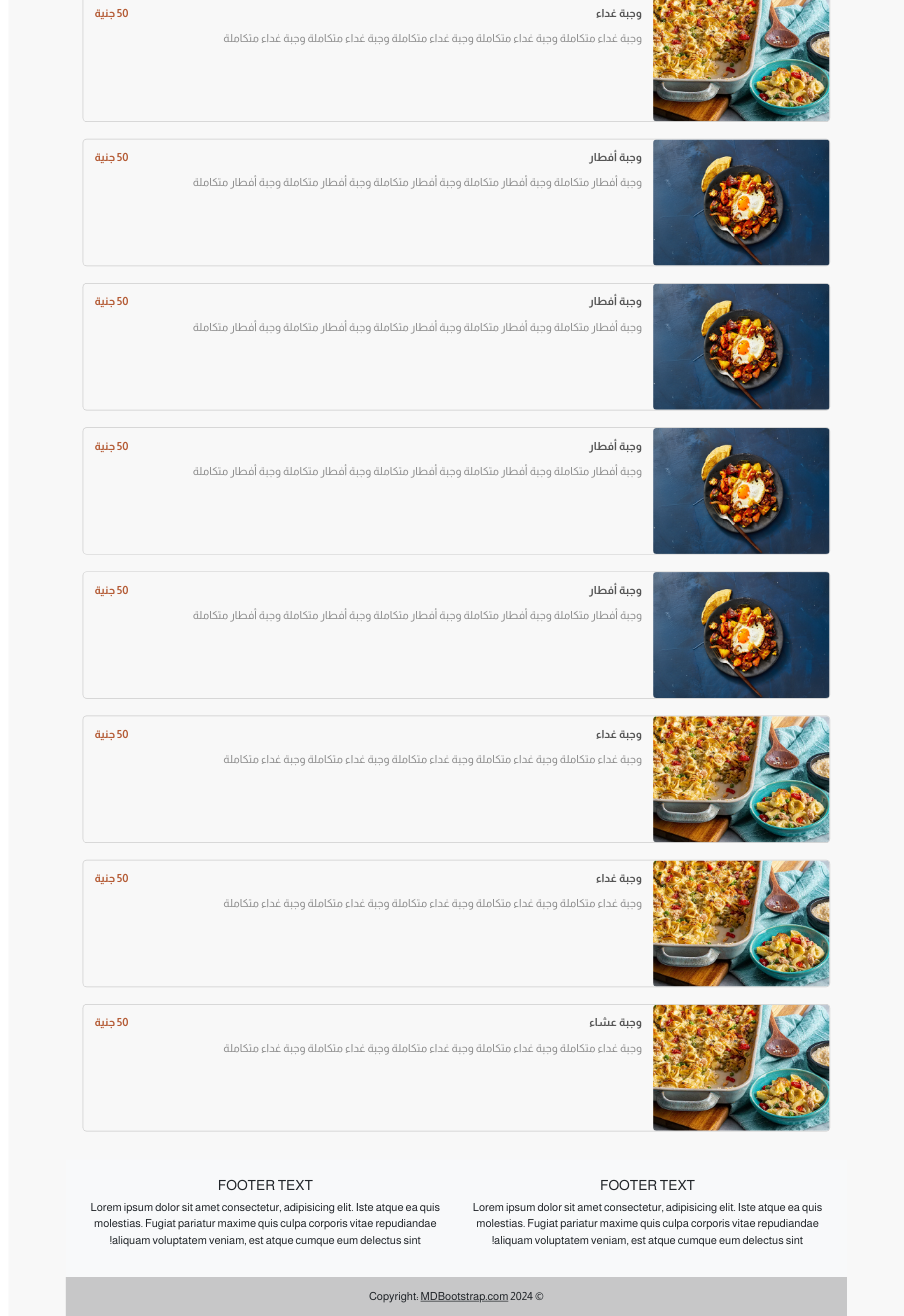
Repository: kerlos-alfy/Restaurant-Menu
Page: /
These files come from the project's save history. The page is drawn as it stood at one moment and after the next save; the edit follows.
The browser window is 1280 px wide. The page is 1292 px wide, so the pictures cover 1292 px, including what lies to the right of the window. The pictures show the part of the page from y = 1316 to 3196 px (the page is 3196 px tall), at 70% of full size.
Some web fonts or font styles are not loaded; a fallback is used. The project was rebuilt for these pictures with package versions that can differ from the ones it lists, and the page was loaded fresh each time. Also part of the build but not shown: vite.config.js, src/App.css.

Above is the page before, as saved 2024-12-27 02:13:49.

### index.html
<!DOCTYPE html>
<html lang="ar" dir="rtl">
	<head>
		<meta charset="UTF-8" />
		<link rel="icon" type="image/svg+xml" href="https://www.svgrepo.com/show/282224/fast-food-hamburguer.svg" />
		<link
			rel="stylesheet"
			href="https://cdn.jsdelivr.net/npm/bootstrap@5.3.2/dist/css/bootstrap.min.css"
			integrity="sha384-T3c6CoIi6uLrA9TneNEoa7RxnatzjcDSCmG1MXxSR1GAsXEV/Dwwykc2MPK8M2HN"
			crossorigin="anonymous" />
		<!-- Start Font Google Arabic  -->
		<link rel="preconnect" href="https://fonts.googleapis.com" />
		<link rel="preconnect" href="https://fonts.gstatic.com" crossorigin />
		<link
			href="https://fonts.googleapis.com/css2?family=Alkalami&family=Almarai:wght@300;400;700;800&family=Cairo:wght@200..1000&family=Rakkas&display=swap"
			rel="stylesheet" />
		<!-- End Font Google Arabic  -->
		<meta name="viewport" content="width=device-width, initial-scale=1.0" />
		<title>Restaurant Menu</title>
	</head>
	<body>
		<div id="root"></div>
		<script type="module" src="/src/main.jsx"></script>
	</body>
</html>

### src/index.css
/* :root {
  font-family: Inter, system-ui, Avenir, Helvetica, Arial, sans-serif;
  line-height: 1.5;
  font-weight: 400;

  color-scheme: light dark;
  color: rgba(255, 255, 255, 0.87);
  background-color: #242424;

  font-synthesis: none;
  text-rendering: optimizeLegibility;
  -webkit-font-smoothing: antialiased;
  -moz-osx-font-smoothing: grayscale;
}

a {
  font-weight: 500;
  color: #646cff;
  text-decoration: inherit;
}
a:hover {
  color: #535bf2;
}

body {
  margin: 0;
  display: flex;
  place-items: center;
  min-width: 320px;
  min-height: 100vh;
}

h1 {
  font-size: 3.2em;
  line-height: 1.1;
}

button {
  border-radius: 8px;
  border: 1px solid transparent;
  padding: 0.6em 1.2em;
  font-size: 1em;
  font-weight: 500;
  font-family: inherit;
  background-color: #1a1a1a;
  cursor: pointer;
  transition: border-color 0.25s;
}
button:hover {
  border-color: #646cff;
}
button:focus,
button:focus-visible {
  outline: 4px auto -webkit-focus-ring-color;
}

@media (prefers-color-scheme: light) {
  :root {
    color: #213547;
    background-color: #ffffff;
  }
  a:hover {
    color: #747bff;
  }
  button {
    background-color: #f9f9f9;
  }
} */

.color-body {
	background-color: #f8f8f8;
	height: 100%;
}
.font {
	font-family: "Almarai", sans-serif;
}
.title {
	color: #224f61;
	font-family: Almarai;
	font-size: 30px;
	font-weight: bold;
	letter-spacing: 0;
	line-height: 64px;
}
.underline {
	height: 1px;
	width: 200px;
	border-radius: 10px;
	border: 2px solid #b45b35;
}
.btn {
	color: black;
	font-family: Almarai;
	font-size: 18px;
	letter-spacing: 0;
	line-height: 24px;
}
.btn:hover {
	color: black;
	font-family: Almarai;
	font-size: 18px;
	font-weight: bold;
	letter-spacing: 0;
	line-height: 24px;
	border-radius: 11px;
	border: none;
	background-color: #b45b35;
}
.img-item {
	height: 180px;
	width: 252px;
	border-radius: 5px;
}
.item-description {
	color: #8c8c8c;
	font-family: Almarai;
	font-size: 16px;
	letter-spacing: 0;
	line-height: 20px;
}
.item-title {
	color: #555555;
	font-family: Almarai;
	font-size: 16px;
	font-weight: bold;
	letter-spacing: 0;
	line-height: 20px;
}
.card-color {
	background-color: #f8f8f8;
}
.item-price {
	color: #b45b35;
	font-family: Almarai;
	font-size: 16px;
	font-weight: bold;
	letter-spacing: 0;
	line-height: 20px;
}
.btn-search {
	border: none;
	cursor: pointer;
	color: #b45b35;
	border-radius: 3px solid #b45b35;
	border-radius: 8px;
	background-color: white;
	width: 72px;
	font-weight: 500;
}
.btn-search:hover {
	color: white;
	border-radius: 3px solid white;
	background-color: #b45b35;
	border-radius: 8px;
}
.brand-color {
	color: #ffffff;
}

### src/App.jsx
import { motion } from "framer-motion";
import { useState } from "react";
import { Container } from "react-bootstrap";
import "./App.css";
import NavBar from "./components/NavBar";
import Header from "./components/Header";
import Category from "./components/Category";
import ItemsList from "./components/ItemsList";
import Footer from "./components/Footer";
import { items } from "./data";
function App() {
	const [itemsData, SetItemsData] = useState(items);

	const allCategory = ["الكل", ...new Set(items.map((item) => item.category))];

	// Filter items by category
	const filterByCategory = (cat) => {
		if (cat === "الكل") {
			SetItemsData(items);
		} else {
			const newArr = items.filter((item) => item.category === cat);
			SetItemsData(newArr);
		}
	};

	// Filter items by search Form
	const filterBySearch = (word) => {
		if (word !== "") {
			const newArr = items.filter((item) => item.title === word);
			SetItemsData(newArr);
		}
	};
	return (
		<div className="color-body font">
			<NavBar filterBySearch={filterBySearch} />
			<Container>
				<motion.div
					initial={{ opacity: 0, scale: 0.8, rotate: -10 }}
					animate={{ opacity: 1, scale: 1, rotate: 0 }}
					transition={{ duration: 1, ease: "easeInOut" }}>
					<Header />
				</motion.div>
				<motion.div initial={{ opacity: 0, x: -100 }} animate={{ opacity: 1, x: 0 }} transition={{ duration: 0.8, ease: "easeOut" }}>
					<Category filterByCategory={filterByCategory} allCategory={allCategory} />
				</motion.div>
				<motion.div initial={{ opacity: 0, scale: 0.9 }} animate={{ opacity: 1, scale: 1 }} transition={{ duration: 1.2, ease: "easeInOut" }}>
					<ItemsList itemsData={itemsData} />
				</motion.div>
				<Footer />
			</Container>
		</div>
	);
}

export default App;

### src/components/NavBar.jsx
/* eslint-disable react/prop-types */
import { useState } from "react";
import { Navbar, Container, Row, Nav, Form, FormControl } from "react-bootstrap";
const NavBar = ({ filterBySearch }) => {
	const [searchWord, setSearchWord] = useState("");
	const onSearch = () => {
		filterBySearch(searchWord);
		setSearchWord("");
	};
	return (
		<Row>
			<Navbar bg="dark" expand="lg" variant="dark">
				<Container>
					<Navbar.Brand href="#">
						<div className="brand-color">
							مطعم الحبايب
							<img src="https://www.svgrepo.com/show/282224/fast-food-hamburguer.svg" alt="logo" width="50" height="50" />
						</div>
					</Navbar.Brand>
					<Navbar.Toggle aria-controls="navbarScroll" />
					<Navbar.Collapse id="navbarScroll">
						<Nav className="me-auto my-2 my-lg-0" style={{ maxHeight: "100px" }} navbarScroll></Nav>
						<Form className="d-flex">
							<FormControl type="text" placeholder="ابحث.." className="mx-2" onChange={(e) => setSearchWord(e.target.value)} value={searchWord} />
							<button onClick={onSearch} className="btn-search" type="button">
								بحث
							</button>
						</Form>
					</Navbar.Collapse>
				</Container>
			</Navbar>
		</Row>
	);
};

export default NavBar;

### src/components/Header.jsx
import { Col, Row } from "react-bootstrap";

const Header = () => {
	return (
		<Row>
			<Col sm="12" className="text-center justify-content-center">
				<div className="title">قائمة الطعام </div>
				<div className="justify-content-center d-flex">
					<p className="underline"></p>
				</div>
			</Col>
		</Row>
	);
};

export default Header;

### src/components/Category.jsx
/* eslint-disable react/prop-types */
import { Col, Row } from "react-bootstrap";

const Category = ({ filterByCategory, allCategory }) => {
	const onFilter = (cat) => {
		filterByCategory(cat);
	};
	return (
		<Row className="my-2 mb-5">
			<Col sm="12" className=" justify-content-center d-flex">
				{allCategory.length >= 1 ? (
					allCategory.map((category, index) => {
						return (
							<div key={index}>
								<button onClick={() => onFilter(category)} style={{ border: "1px solid #b45b35" }} className="btn mx-2">
									{category}
								</button>
							</div>
						);
					})
				) : (
					<h1>لا يوجد تصنيفات</h1>
				)}
			</Col>
		</Row>
	);
};

export default Category;

### src/components/ItemsList.jsx
/* eslint-disable react/prop-types */
import { Card, Col, Row } from "react-bootstrap";

const ItemsList = ({ itemsData }) => {
	return (
		<Row>
			<Col sm="12" className="mb-3">
				{itemsData.length >= 1 ? (
					itemsData.map((item) => {
						return (
							<Card key={item.id} className="d-flex flex-row m-4" style={{ backgroundColor: "#F8F8F8" }}>
								<Card.Img className="img-item" variant="top" src={item.image} />
								<Card.Body>
									<Card.Title className="d-flex justify-content-between">
										<div className="item-title">{item.title}</div>
										<div className="item-price">{item.price}</div>
									</Card.Title>
									<Card.Text className="py-2">
										<div className="item-description">{item.description}</div>
									</Card.Text>
								</Card.Body>
							</Card>
						);
					})
				) : (
					<h1>لا يوجد</h1>
				)}
			</Col>
		</Row>
	);
};

export default ItemsList;

### src/components/Footer.jsx
import { MDBFooter, MDBContainer, MDBCol, MDBRow } from "mdb-react-ui-kit";
const Footer = () => {
	return (
		<MDBFooter bgColor="light" className="text-center text-lg-left">
			<MDBContainer className="p-4">
				<MDBRow>
					<MDBCol lg="6" md="12" className="mb-4 mb-md-0">
						<h5 className="text-uppercase">Footer text</h5>

						<p>
							Lorem ipsum dolor sit amet consectetur, adipisicing elit. Iste atque ea quis molestias. Fugiat pariatur maxime quis culpa corporis vitae
							repudiandae aliquam voluptatem veniam, est atque cumque eum delectus sint!
						</p>
					</MDBCol>

					<MDBCol lg="6" md="12" className="mb-4 mb-md-0">
						<h5 className="text-uppercase">Footer text</h5>

						<p>
							Lorem ipsum dolor sit amet consectetur, adipisicing elit. Iste atque ea quis molestias. Fugiat pariatur maxime quis culpa corporis vitae
							repudiandae aliquam voluptatem veniam, est atque cumque eum delectus sint!
						</p>
					</MDBCol>
				</MDBRow>
			</MDBContainer>

			<div className="text-center p-3" style={{ backgroundColor: "rgba(0, 0, 0, 0.2)" }}>
				&copy; {new Date().getFullYear()} Copyright:{" "}
				<a className="text-dark" href="https://mdbootstrap.com/">
					MDBootstrap.com
				</a>
			</div>
		</MDBFooter>
	);
};

export default Footer;

### src/data.js
export const items = [
	{
		id: Math.random(),
		title: "وجبة غداء",
		description: "وجبة غداء متكاملة وجبة غداء متكاملة وجبة غداء متكاملة وجبة غداء متكاملة وجبة غداء متكاملة",
		price: "50 جنية",
		image: "../public/img/dinner.png",
		category: "غداء",
	},
	{
		id: Math.random(),
		title: "وجبة غداء",
		description: "وجبة غداء متكاملة وجبة غداء متكاملة وجبة غداء متكاملة وجبة غداء متكاملة وجبة غداء متكاملة",
		price: "50 جنية",
		image: "../public/img/dinner.png",
		category: "غداء",
	},
	{
		id: Math.random(),
		title: "وجبة أفطار",
		description: "وجبة أفطار متكاملة وجبة أفطار متكاملة وجبة أفطار متكاملة وجبة أفطار متكاملة وجبة أفطار متكاملة",
		price: "50 جنية",
		image: "../public/img/breakfast.png",
		category: "افطار",
	},
	{
		id: Math.random(),
		title: "وجبة غداء",
		description: "وجبة غداء متكاملة وجبة غداء متكاملة وجبة غداء متكاملة وجبة غداء متكاملة وجبة غداء متكاملة",
		price: "50 جنية",
		image: "../public/img/dinner.png",
		category: "غداء",
	},
	{
		id: Math.random(),
		title: "وجبة أفطار",
		description: "وجبة أفطار متكاملة وجبة أفطار متكاملة وجبة أفطار متكاملة وجبة أفطار متكاملة وجبة أفطار متكاملة",
		price: "50 جنية",
		image: "../public/img/breakfast.png",
		category: "افطار",
	},
	{
		id: Math.random(),
		title: "وجبة غداء",
		description: "وجبة غداء متكاملة وجبة غداء متكاملة وجبة غداء متكاملة وجبة غداء متكاملة وجبة غداء متكاملة",
		price: "50 جنية",
		image: "../public/img/dinner.png",
		category: "غداء",
	},
	{
		id: Math.random(),
		title: "وجبة أفطار",
		description: "وجبة أفطار متكاملة وجبة أفطار متكاملة وجبة أفطار متكاملة وجبة أفطار متكاملة وجبة أفطار متكاملة",
		price: "50 جنية",
		image: "../public/img/breakfast.png",
		category: "افطار",
	},
	{
		id: Math.random(),
		title: "وجبة أفطار",
		description: "وجبة أفطار متكاملة وجبة أفطار متكاملة وجبة أفطار متكاملة وجبة أفطار متكاملة وجبة أفطار متكاملة",
		price: "50 جنية",
		image: "../public/img/breakfast.png",
		category: "افطار",
	},
	{
		id: Math.random(),
		title: "وجبة أفطار",
		description: "وجبة أفطار متكاملة وجبة أفطار متكاملة وجبة أفطار متكاملة وجبة أفطار متكاملة وجبة أفطار متكاملة",
		price: "50 جنية",
		image: "../public/img/breakfast.png",
		category: "افطار",
	},
	{
		id: Math.random(),
		title: "وجبة أفطار",
		description: "وجبة أفطار متكاملة وجبة أفطار متكاملة وجبة أفطار متكاملة وجبة أفطار متكاملة وجبة أفطار متكاملة",
		price: "50 جنية",
		image: "../public/img/breakfast.png",
		category: "افطار",
	},
	{
		id: Math.random(),
		title: "وجبة غداء",
		description: "وجبة غداء متكاملة وجبة غداء متكاملة وجبة غداء متكاملة وجبة غداء متكاملة وجبة غداء متكاملة",
		price: "50 جنية",
		image: "../public/img/dinner.png",
		category: "غداء",
	},
	{
		id: Math.random(),
		title: "وجبة غداء",
		description: "وجبة غداء متكاملة وجبة غداء متكاملة وجبة غداء متكاملة وجبة غداء متكاملة وجبة غداء متكاملة",
		price: "50 جنية",
		image: "../public/img/dinner.png",
		category: "غداء",
	},
	{
		id: Math.random(),
		title: "وجبة عشاء",
		description: "وجبة غداء متكاملة وجبة غداء متكاملة وجبة غداء متكاملة وجبة غداء متكاملة وجبة غداء متكاملة",
		price: "50 جنية",
		image: "../public/img/dinner.png",
		category: "عشاء",
	},
];

Loaded but not shown: src/main.jsx (common file)

After the next save:
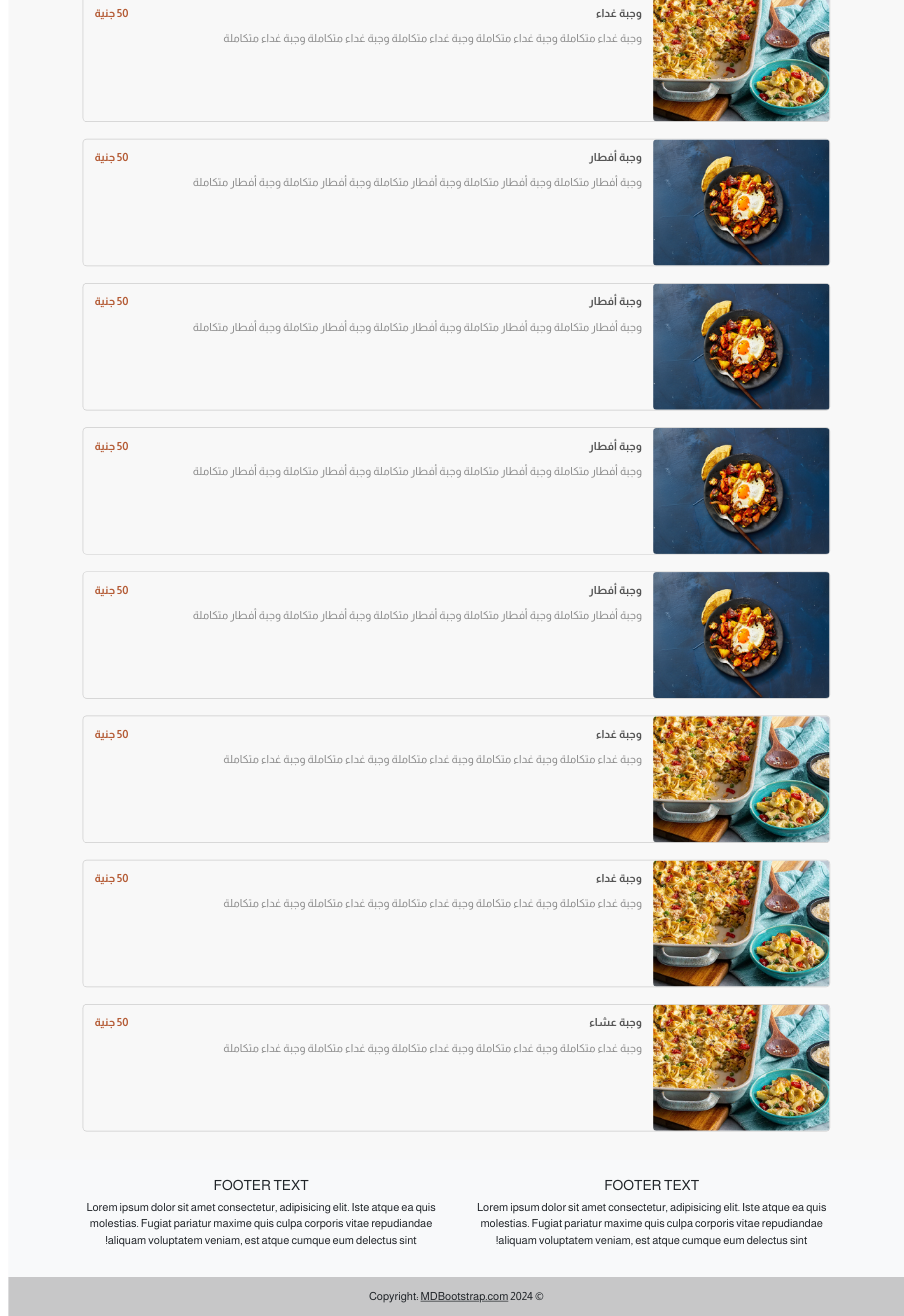
Saved 73 s later.
--- a/src/App.jsx
+++ b/src/App.jsx
@@ -46,8 +46,8 @@ function App() {
 				<motion.div initial={{ opacity: 0, scale: 0.9 }} animate={{ opacity: 1, scale: 1 }} transition={{ duration: 1.2, ease: "easeInOut" }}>
 					<ItemsList itemsData={itemsData} />
 				</motion.div>
-				<Footer />
 			</Container>
+			<Footer />
 		</div>
 	);
 }
